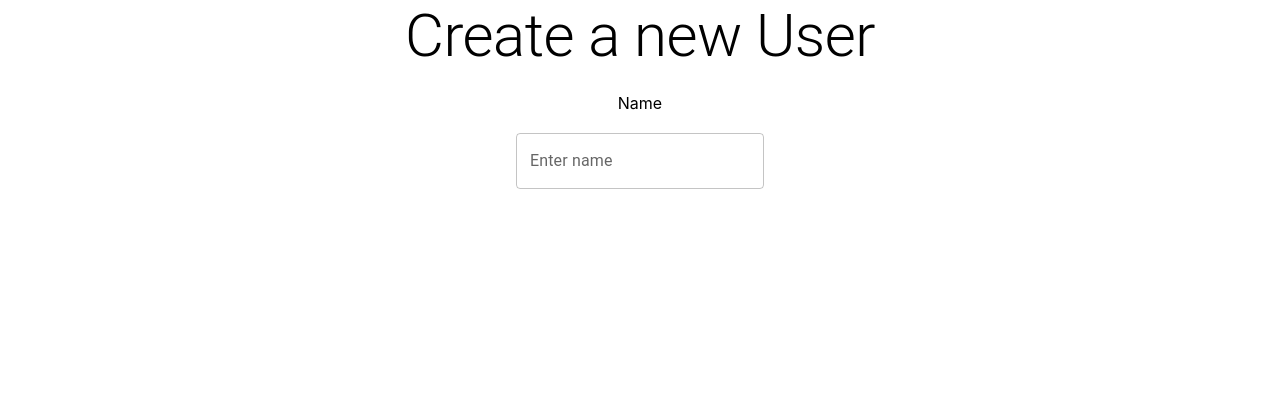
Repository: nj10deadend/RESTAPI-node-with-mongoDB
Page: / (app in client/frontend/)
An editor plug-in stored every save of this project. The page is shown before and after the next save, followed by the edit.
The browser window is 1280 px wide. The pictures show the whole page.
The project was rebuilt for these pictures with package versions that can differ from the ones it lists, and the page was loaded fresh each time. Imported but missing from the stored project, and not drawn on this page: client/frontend/src/axios.

Above is the page before, as saved 2021-12-31 12:41:05.

After the next save:
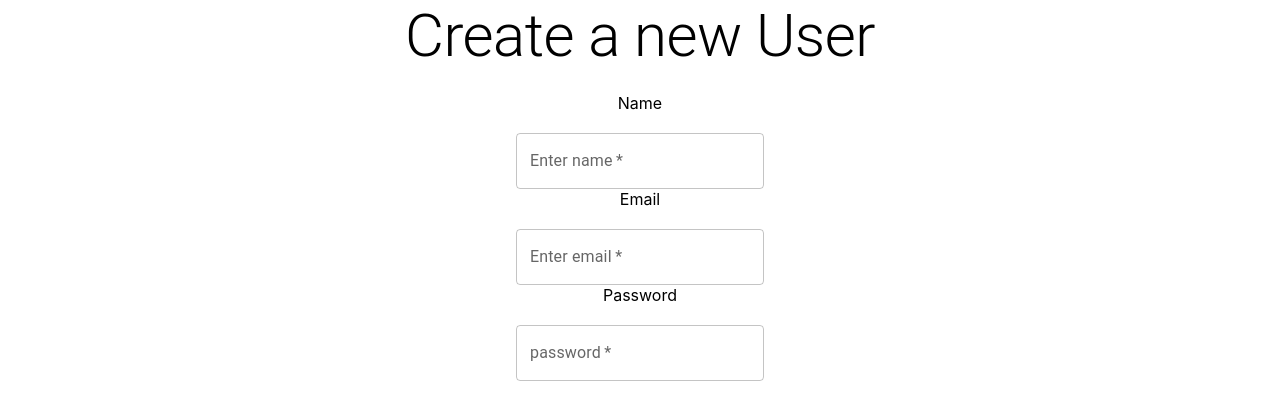
Saved 5 min 27 s later.
--- a/client/frontend/src/components/Signup.js
+++ b/client/frontend/src/components/Signup.js
@@ -8,8 +8,8 @@ import Box from '@mui/material/Box';
 function Signup () {
 
     const [name, setName] = useState("");
+    const [email, setEmail] = useState("");
     const [password, setPassword] = useState("");
-    const [email, setEmail] = useState("");
     const [adminEmail, setAdminEmail] = useState(false);
 
     return (
@@ -20,12 +20,33 @@ function Signup () {
                     <label for="name">Name</label>
                     <br></br>
                     <br></br>
-                    <TextField id="outlined-basic1" label="Enter name"
+                    <TextField required id="outlined-basic1" label="Enter name"
                     variant="outlined"
                     onChange={(event) => {setName(event.target.value)}}
                     value = {name}
                     />
 
+                </Box>
+                <Box>
+                    <label for="email">Email</label>
+                    <br></br>
+                    <br></br>
+                    <TextField required id="outlined-basic2" label="Enter email"
+                    variant="outlined"
+                    onChange={(event) => {setEmail(event.target.value)}}
+                    value = {email}
+                    />
+
+                </Box>
+                <Box>
+                    <label for="password">Password</label>
+                    <br></br>
+                    <br></br>
+                    <TextField required id="outlined-basic2" label="password" type="password"
+                    variant="outlined"
+                    onChange={(event) => {setPassword(event.target.value)}}
+                    value = {password}
+                    />
                 </Box>
 
             </form>
